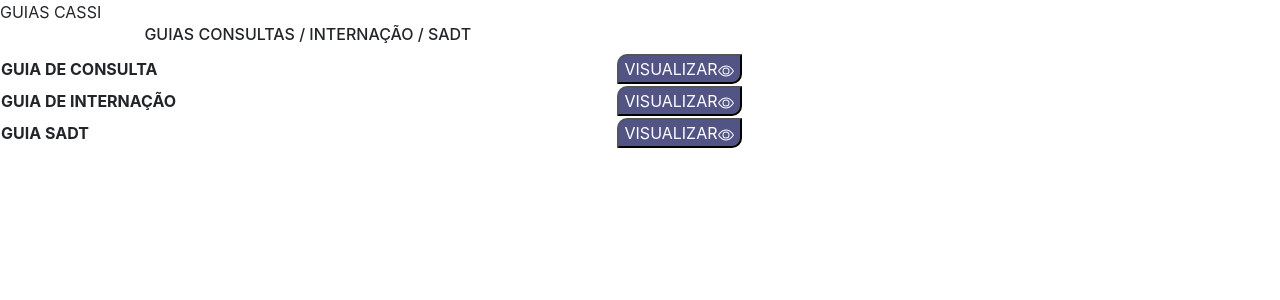
Repository: Leandromarim/INTRANET_PARTICULAR
Page: guiasCassi.html
These files come from the project's save history. The page is drawn as it stood at one moment and after the next save; the edit follows.
The browser window is 1280 px wide. The pictures show the whole page.

Above is the page before, as saved 2021-12-29 12:48:32.
Not found: ajax.js

After the next save:
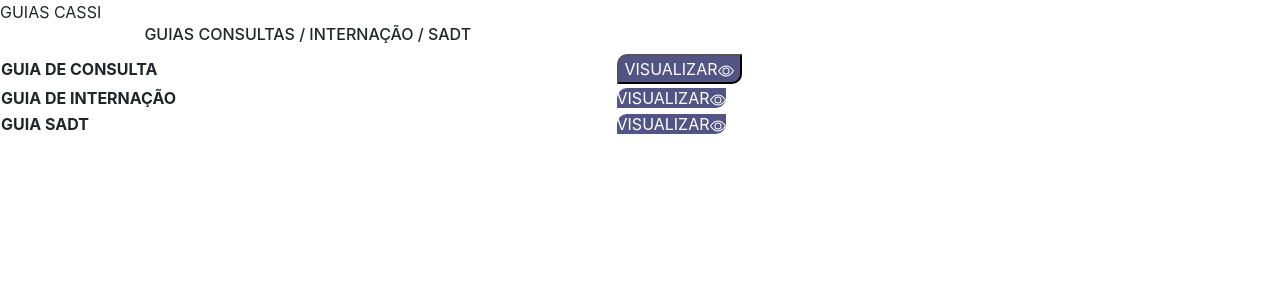
Saved 55 s later.
--- a/guiasCassi.html
+++ b/guiasCassi.html
@@ -32,21 +32,21 @@
                 <tbody class="col-sm-6 col-lg-8">
                     <tr>
                         <th class="titulo">GUIA DE CONSULTA</th>
-                        <td><a href="doc/guias/cassi_consulta.pdf"><button type="button" class="btn-visualizar">VISUALIZAR<svg xmlns="http://www.w3.org/2000/svg" width="16" height="16" fill="currentColor" class="bi bi-eye" viewBox="0 0 16 16">
+                        <td><a href="doc/guias/cassi_consulta.pdf" target="self"><button type="button" class="btn-visualizar">VISUALIZAR<svg xmlns="http://www.w3.org/2000/svg" width="16" height="16" fill="currentColor" class="bi bi-eye" viewBox="0 0 16 16">
                     <path d="M16 8s-3-5.5-8-5.5S0 8 0 8s3 5.5 8 5.5S16 8 16 8zM1.173 8a13.133 13.133 0 0 1 1.66-2.043C4.12 4.668 5.88 3.5 8 3.5c2.12 0 3.879 1.168 5.168 2.457A13.133 13.133 0 0 1 14.828 8c-.058.087-.122.183-.195.288-.335.48-.83 1.12-1.465 1.755C11.879 11.332 10.119 12.5 8 12.5c-2.12 0-3.879-1.168-5.168-2.457A13.134 13.134 0 0 1 1.172 8z"/>
                     <path d="M8 5.5a2.5 2.5 0 1 0 0 5 2.5 2.5 0 0 0 0-5zM4.5 8a3.5 3.5 0 1 1 7 0 3.5 3.5 0 0 1-7 0z"/>
                   </svg></button></a></td>
                     </tr>
                     <tr>
                         <th class="titulo">GUIA DE INTERNAÇÃO</th>
-                        <td><a href="doc/guias/cassi_internacao.pdf"><button type="button" class="btn-visualizar">VISUALIZAR<svg xmlns="http://www.w3.org/2000/svg" width="16" height="16" fill="currentColor" class="bi bi-eye" viewBox="0 0 16 16">
+                        <td><a href="doc/guias/cassi_internacao.pdf" target="self><button type="button" class="btn-visualizar">VISUALIZAR<svg xmlns="http://www.w3.org/2000/svg" width="16" height="16" fill="currentColor" class="bi bi-eye" viewBox="0 0 16 16">
                     <path d="M16 8s-3-5.5-8-5.5S0 8 0 8s3 5.5 8 5.5S16 8 16 8zM1.173 8a13.133 13.133 0 0 1 1.66-2.043C4.12 4.668 5.88 3.5 8 3.5c2.12 0 3.879 1.168 5.168 2.457A13.133 13.133 0 0 1 14.828 8c-.058.087-.122.183-.195.288-.335.48-.83 1.12-1.465 1.755C11.879 11.332 10.119 12.5 8 12.5c-2.12 0-3.879-1.168-5.168-2.457A13.134 13.134 0 0 1 1.172 8z"/>
                     <path d="M8 5.5a2.5 2.5 0 1 0 0 5 2.5 2.5 0 0 0 0-5zM4.5 8a3.5 3.5 0 1 1 7 0 3.5 3.5 0 0 1-7 0z"/>
                   </svg></button></a></td>
                     </tr>
                     <tr>
                         <th class="titulo">GUIA SADT</th>
-                        <td><a href="doc/guias/cassi_sadt.pdf"><button type="button" class="btn-visualizar">VISUALIZAR<svg xmlns="http://www.w3.org/2000/svg" width="16" height="16" fill="currentColor" class="bi bi-eye" viewBox="0 0 16 16">
+                        <td><a href="doc/guias/cassi_sadt.pdf" target="self><button type="button" class="btn-visualizar">VISUALIZAR<svg xmlns="http://www.w3.org/2000/svg" width="16" height="16" fill="currentColor" class="bi bi-eye" viewBox="0 0 16 16">
                     <path d="M16 8s-3-5.5-8-5.5S0 8 0 8s3 5.5 8 5.5S16 8 16 8zM1.173 8a13.133 13.133 0 0 1 1.66-2.043C4.12 4.668 5.88 3.5 8 3.5c2.12 0 3.879 1.168 5.168 2.457A13.133 13.133 0 0 1 14.828 8c-.058.087-.122.183-.195.288-.335.48-.83 1.12-1.465 1.755C11.879 11.332 10.119 12.5 8 12.5c-2.12 0-3.879-1.168-5.168-2.457A13.134 13.134 0 0 1 1.172 8z"/>
                     <path d="M8 5.5a2.5 2.5 0 1 0 0 5 2.5 2.5 0 0 0 0-5zM4.5 8a3.5 3.5 0 1 1 7 0 3.5 3.5 0 0 1-7 0z"/>
                   </svg></button></a></td>

After the save that followed:
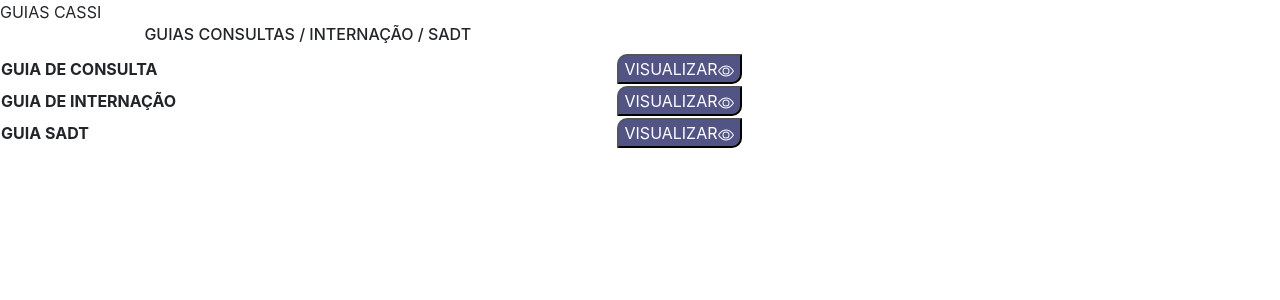
Saved 30 s later.
--- a/guiasCassi.html
+++ b/guiasCassi.html
@@ -39,14 +39,14 @@
                     </tr>
                     <tr>
                         <th class="titulo">GUIA DE INTERNAÇÃO</th>
-                        <td><a href="doc/guias/cassi_internacao.pdf" target="self><button type="button" class="btn-visualizar">VISUALIZAR<svg xmlns="http://www.w3.org/2000/svg" width="16" height="16" fill="currentColor" class="bi bi-eye" viewBox="0 0 16 16">
+                        <td><a href="doc/guias/cassi_internacao.pdf "target="self"><button type="button" class="btn-visualizar">VISUALIZAR<svg xmlns="http://www.w3.org/2000/svg" width="16" height="16" fill="currentColor" class="bi bi-eye" viewBox="0 0 16 16">
                     <path d="M16 8s-3-5.5-8-5.5S0 8 0 8s3 5.5 8 5.5S16 8 16 8zM1.173 8a13.133 13.133 0 0 1 1.66-2.043C4.12 4.668 5.88 3.5 8 3.5c2.12 0 3.879 1.168 5.168 2.457A13.133 13.133 0 0 1 14.828 8c-.058.087-.122.183-.195.288-.335.48-.83 1.12-1.465 1.755C11.879 11.332 10.119 12.5 8 12.5c-2.12 0-3.879-1.168-5.168-2.457A13.134 13.134 0 0 1 1.172 8z"/>
                     <path d="M8 5.5a2.5 2.5 0 1 0 0 5 2.5 2.5 0 0 0 0-5zM4.5 8a3.5 3.5 0 1 1 7 0 3.5 3.5 0 0 1-7 0z"/>
                   </svg></button></a></td>
                     </tr>
                     <tr>
                         <th class="titulo">GUIA SADT</th>
-                        <td><a href="doc/guias/cassi_sadt.pdf" target="self><button type="button" class="btn-visualizar">VISUALIZAR<svg xmlns="http://www.w3.org/2000/svg" width="16" height="16" fill="currentColor" class="bi bi-eye" viewBox="0 0 16 16">
+                        <td><a href="doc/guias/cassi_sadt.pdf" target="self"><button type="button" class="btn-visualizar">VISUALIZAR<svg xmlns="http://www.w3.org/2000/svg" width="16" height="16" fill="currentColor" class="bi bi-eye" viewBox="0 0 16 16">
                     <path d="M16 8s-3-5.5-8-5.5S0 8 0 8s3 5.5 8 5.5S16 8 16 8zM1.173 8a13.133 13.133 0 0 1 1.66-2.043C4.12 4.668 5.88 3.5 8 3.5c2.12 0 3.879 1.168 5.168 2.457A13.133 13.133 0 0 1 14.828 8c-.058.087-.122.183-.195.288-.335.48-.83 1.12-1.465 1.755C11.879 11.332 10.119 12.5 8 12.5c-2.12 0-3.879-1.168-5.168-2.457A13.134 13.134 0 0 1 1.172 8z"/>
                     <path d="M8 5.5a2.5 2.5 0 1 0 0 5 2.5 2.5 0 0 0 0-5zM4.5 8a3.5 3.5 0 1 1 7 0 3.5 3.5 0 0 1-7 0z"/>
                   </svg></button></a></td>
